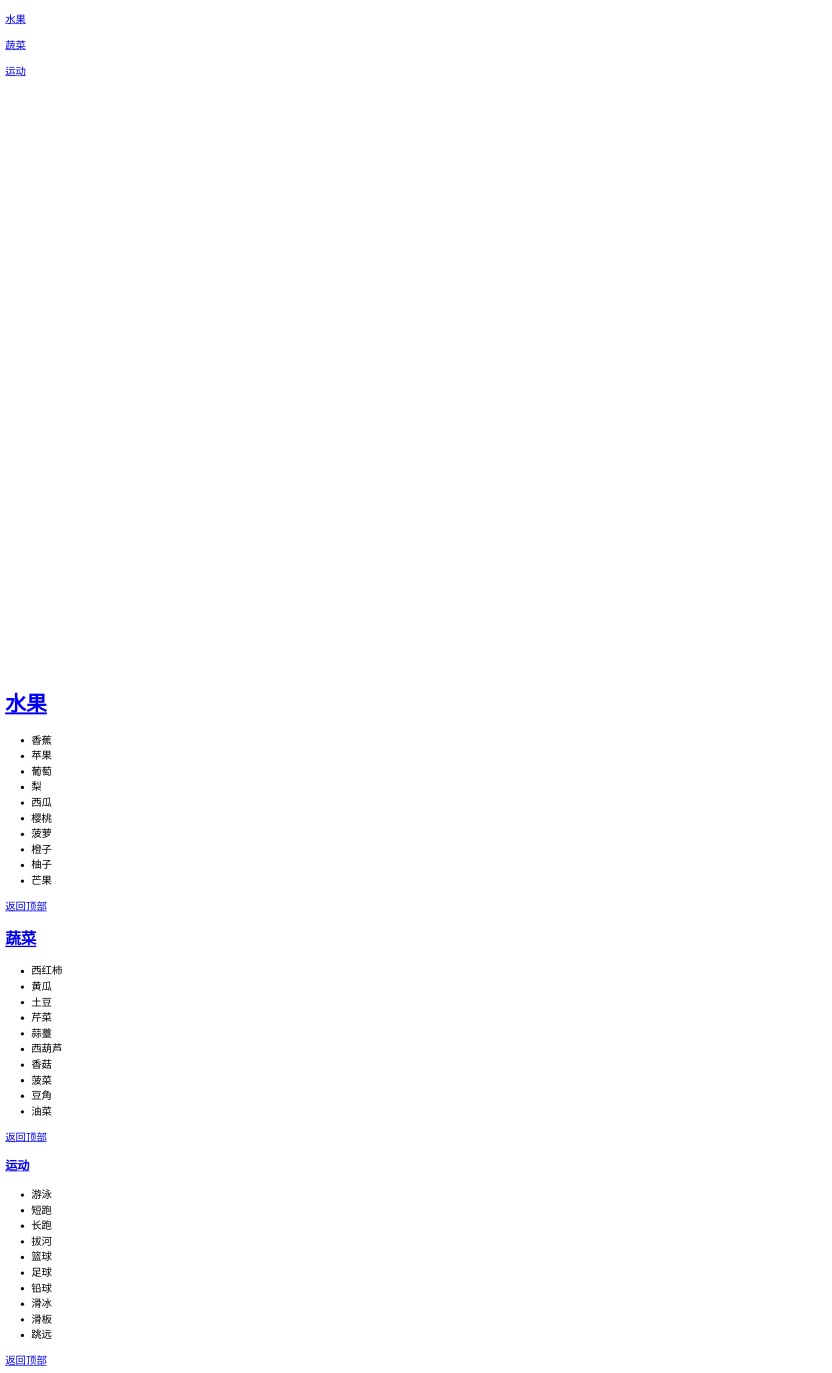
Repository: wangyanqing666/study
Page: other.html
An editor plug-in stored every save of this project. The page is shown before and after the next save, followed by the edit.
The browser window is 1280 px wide. The pictures show the whole page, at 65% of full size.

Above is the page before, as saved 2020-12-03 21:07:32.

### other.html
<!DOCTYPE html>
<html lang="en">

<head>
    <meta charset="UTF-8">
    <title>Document</title>
</head>

<body>
    <p><a href="#shuiguo">水果</a></p>
    <p><a href="#shucai">蔬菜</a></p>
    <p><a href="#yundong">运动</a></p>
    <br>
    <br>
    <br>
    <br>
    <br>
    <br>
    <br>
    <br>
    <br>
    <br>
    <br>
    <br>
    <br>
    <br>
    <br>
    <br>
    <br>
    <br>
    <br>
    <br>
    <br>
    <br>
    <br>
    <br>
    <br>
    <br>
    <br>
    <br>
    <br>
    <br>
    <br>
    <br>
    <br>
    <br>
    <br>
    <br>
    <br>
    <br>
    <br>
    <br>
    <br>
    <br>
    <br>
    <br>
    <br>
    <br>
    <br>
    <br>
    <br>
    <br>
    <h1><a href="#" id="shuiguo">水果</a></h1>
    <ul>
        <li>香蕉</li>
        <li>苹果</li>
        <li>葡萄</li>
        <li>梨</li>
        <li>西瓜</li>
        <li>樱桃</li>
        <li>菠萝</li>
        <li>橙子</li>
        <li>柚子</li>
        <li>芒果</li>
    </ul>
    <a href="#top">返回顶部</a>
    <h2><a href="#" name="shucai">蔬菜</a></h2>
    <ul>
        <li>西红柿</li>
        <li>黄瓜</li>
        <li>土豆</li>
        <li>芹菜</li>
        <li>蒜薹</li>
        <li>西葫芦</li>
        <li>香菇</li>
        <li>菠菜</li>
        <li>豆角</li>
        <li>油菜</li>
    </ul>
    <a href="#top">返回顶部</a>
    <h3><a href="#" name="yundong">运动</a></h3>
    <ul>
        <li>游泳</li>
        <li>短跑</li>
        <li>长跑</li>
        <li>拔河</li>
        <li>篮球</li>
        <li>足球</li>
        <li>铅球</li>
        <li>滑冰</li>
        <li>滑板</li>
        <li>跳远</li>
    </ul>
    <a href="#top">返回顶部</a>
</body>

</html>

After the next save:
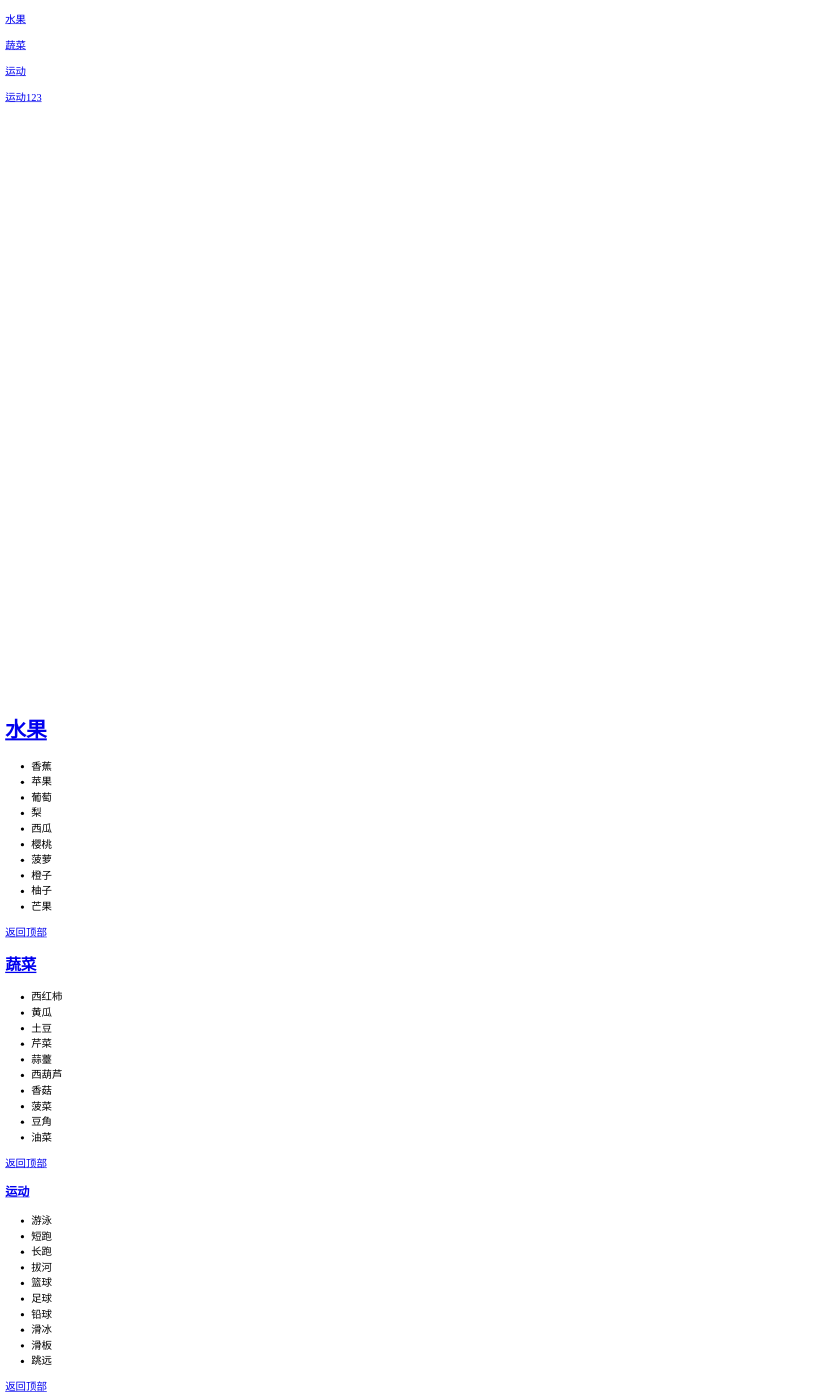
Saved 42 s later.
--- a/other.html
+++ b/other.html
@@ -10,6 +10,7 @@
     <p><a href="#shuiguo">水果</a></p>
     <p><a href="#shucai">蔬菜</a></p>
     <p><a href="#yundong">运动</a></p>
+    <p><a href="#down">运动123</a></p>
     <br>
     <br>
     <br>
@@ -87,7 +88,7 @@
         <li>豆角</li>
         <li>油菜</li>
     </ul>
-    <a href="#top">返回顶部</a>
+    <a href="#">返回顶部</a>
     <h3><a href="#" name="yundong">运动</a></h3>
     <ul>
         <li>游泳</li>
